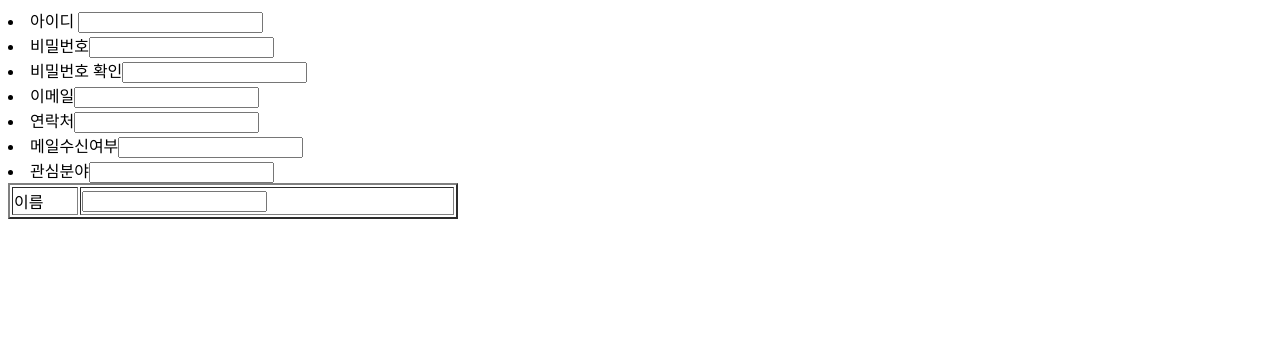
Repository: Cheol-Cheol/KOSA
Page: Kcc_web/Html/WebContent/mission/3.html
An editor plug-in stored every save of this project. The page is shown before and after the next save, followed by the edit.
The browser window is 1280 px wide. The pictures show the whole page.

Above is the page before, as saved 2024-07-08 06:20:07.

### Kcc_web/Html/WebContent/mission/3.html
<!DOCTYPE html>
<html>
<head>
<meta charset="UTF-8">
<title>Insert title here</title>
</head>
<body>
	<form action="#">
		<table width="450" border="2">
			<td>이름</td>
			<td><input type="text" /></td>
			<li><label for="">아이디 <input type="text" /></label></li>
			<li><label for="">비밀번호<input type="text" /></label></li>
			<li><label for="">비밀번호 확인<input type="text" /></label></li>
			<li><label for="">이메일<input type="text" /></label></li>
			<li><label for="">연락처<input type="text" /></label></li>
			<li><label for="">메일수신여부<input type="text" /></label></li>
			<li><label for="">관심분야<input type="text" /></label></li>
		</table>
	</form>
</body>
</html>

After the next save:
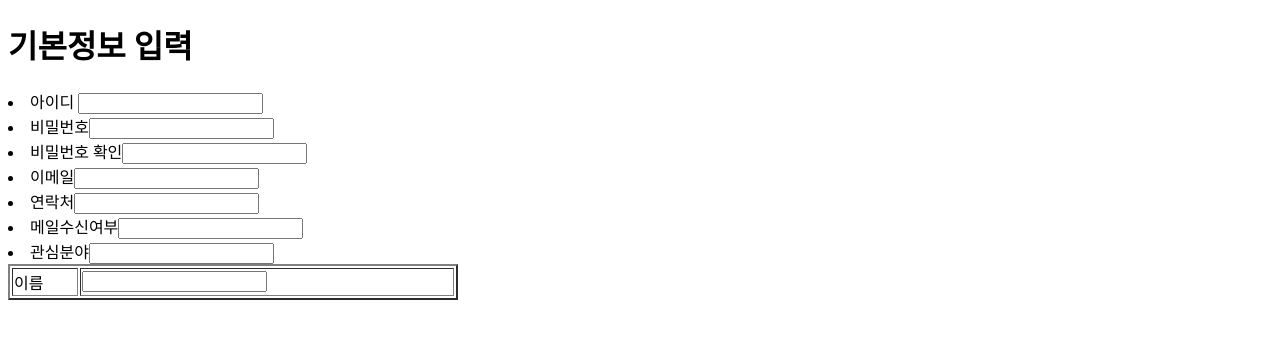
Saved 23 s later.
--- a/Kcc_web/Html/WebContent/mission/3.html
+++ b/Kcc_web/Html/WebContent/mission/3.html
@@ -5,6 +5,7 @@
 <title>Insert title here</title>
 </head>
 <body>
+	<h1>기본정보 입력</h1>
 	<form action="#">
 		<table width="450" border="2">
 			<td>이름</td>
